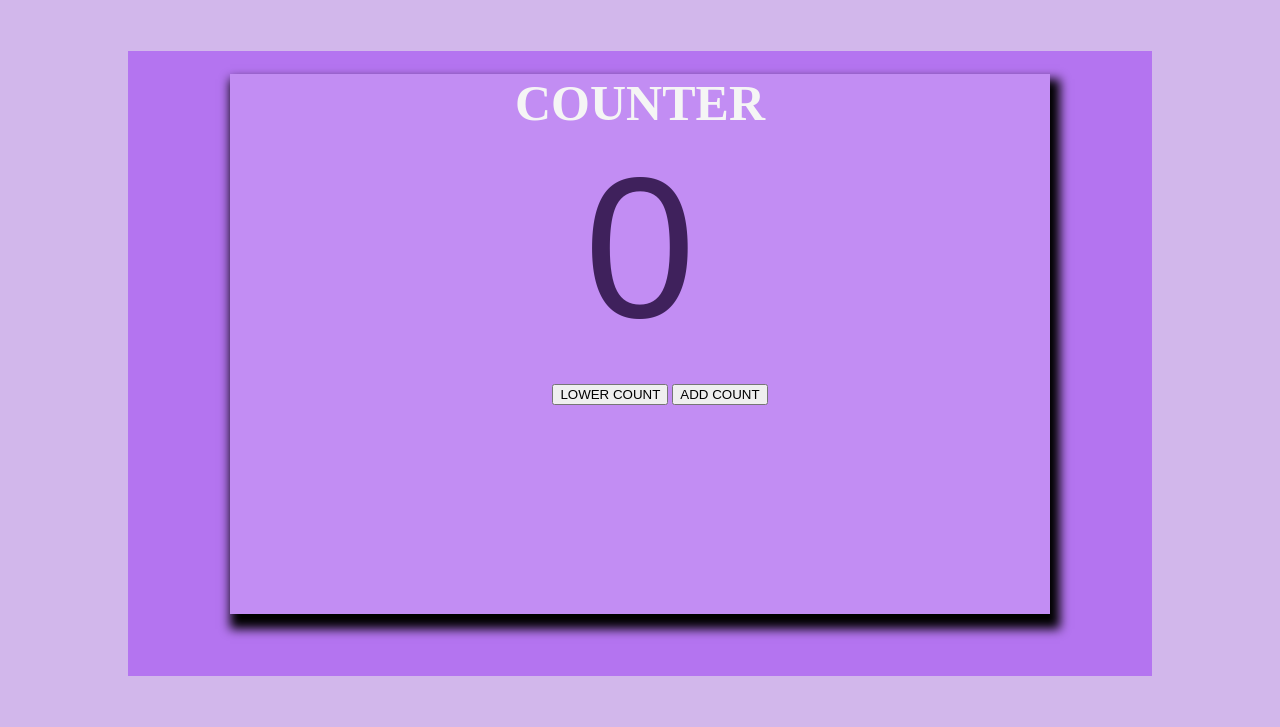
Repository: AnahitKhechumyan/Counter
Page: index.html
The author's editor kept a copy of each file at every save. The page is drawn from the files as they stood at one save, then again after the next save.
The browser window is 1280 px wide. The pictures show the whole page.

Above is the page before, as saved 2022-02-14 17:46:42.

After the next save:
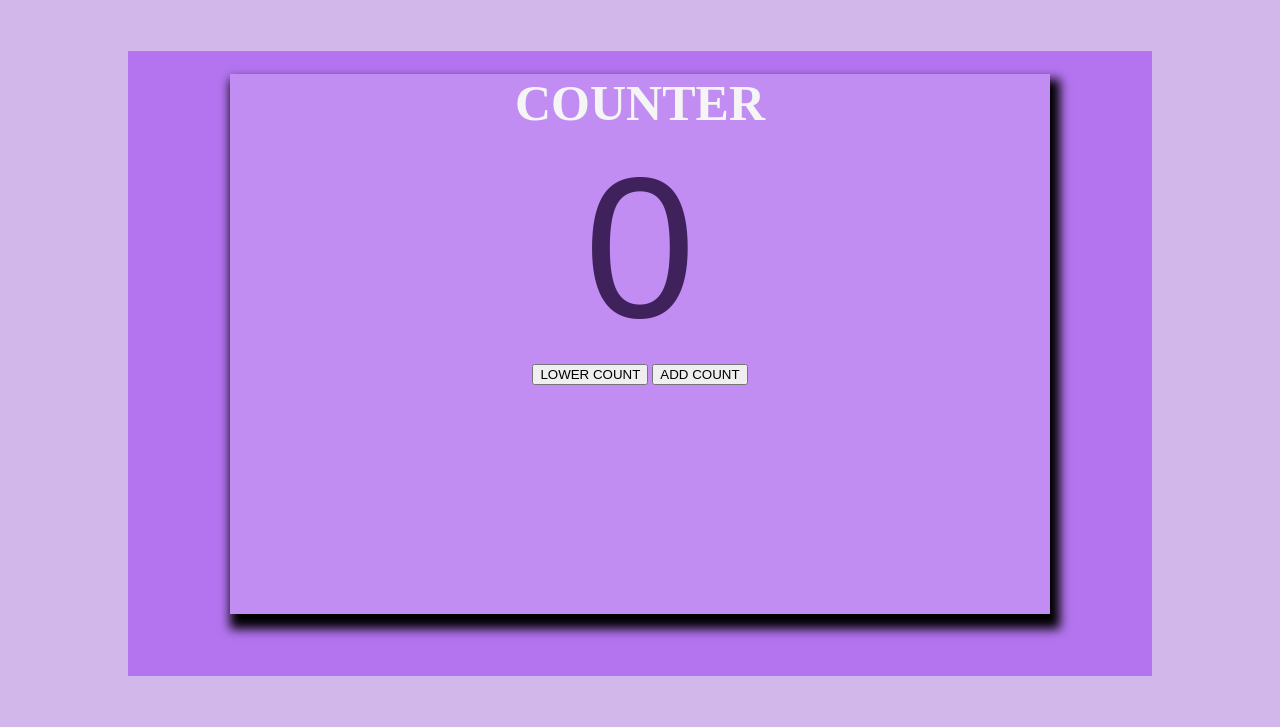
Saved 25 s later.
--- a/style.css
+++ b/style.css
@@ -33,10 +33,7 @@ input{
     color:rgb(63, 33, 92);
     text-align: center;
 }
-.change{
-    padding:20px;
-    width: 100%;
-}
+
 #decrement{
 
 }
